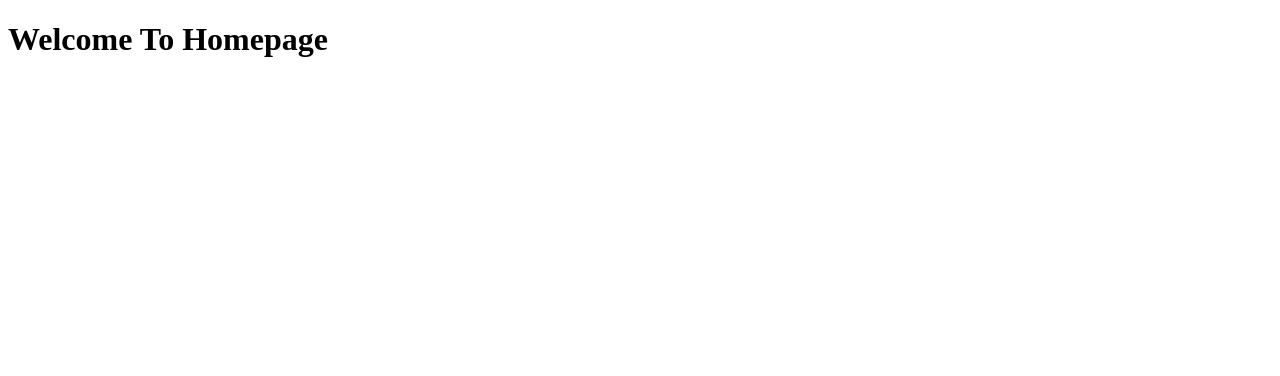
Repository: Krishna-bansall/django-blog
Page: http://localhost/
The author's editor kept a copy of each file at every save. The page is drawn from the files as they stood at one save, then again after the next save.
The browser window is 1280 px wide. The pictures show the whole page.
The page is served by the project's application, run on Django 3.2 (manage.py). Other server files are loaded and not shown.

Above is the page before, as saved 2022-06-20 20:15:49.

### blog/templates/blog/post_list.html
<!DOCTYPE html>
<html lang="en">
	<head>
		<meta charset="UTF-8" />
		<meta http-equiv="X-UA-Compatible" content="IE=edge" />
		<meta name="viewport" content="width=device-width, initial-scale=1.0" />
		<title>Document</title>
	</head>
	<body>
		<h1>Welcome To Homepage</h1>
	</body>
</html>

### lilBlog/urls.py
from django.contrib import admin
from django.urls import path, include


urlpatterns = [
    path('admin/', admin.site.urls),
    path('', include('blog.urls')),
]

Loaded but not shown: blog/views.py (common file); blog/urls.py (common file)

After the next save:
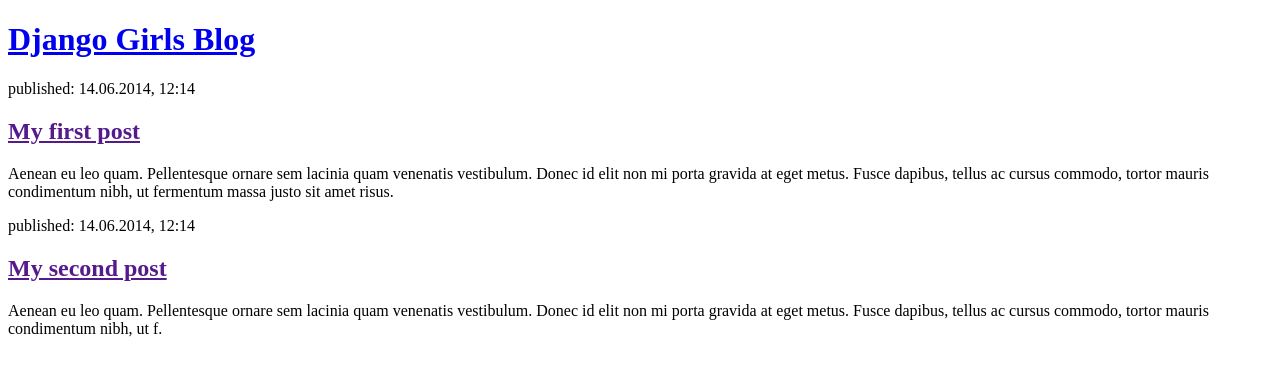
Saved 89 s later.
--- a/blog/templates/blog/post_list.html
+++ b/blog/templates/blog/post_list.html
@@ -7,6 +7,21 @@
 		<title>Document</title>
 	</head>
 	<body>
-		<h1>Welcome To Homepage</h1>
+          <header>
+            <h1><a href="/">Django Girls Blog</a></h1>
+        </header>
+
+        <article>
+            <time>published: 14.06.2014, 12:14</time>
+            <h2><a href="">My first post</a></h2>
+            <p>Aenean eu leo quam. Pellentesque ornare sem lacinia quam venenatis vestibulum. Donec id elit non mi porta gravida at eget metus. Fusce dapibus, tellus ac cursus commodo, tortor mauris condimentum nibh, ut fermentum massa justo sit amet risus.</p>
+        </article>
+
+        <article>
+            <time>published: 14.06.2014, 12:14</time>
+            <h2><a href="">My second post</a></h2>
+            <p>Aenean eu leo quam. Pellentesque ornare sem lacinia quam venenatis vestibulum. Donec id elit non mi porta gravida at eget metus. Fusce dapibus, tellus ac cursus commodo, tortor mauris condimentum nibh, ut f.</p>
+        </article>
+    </body>
 	</body>
 </html>
